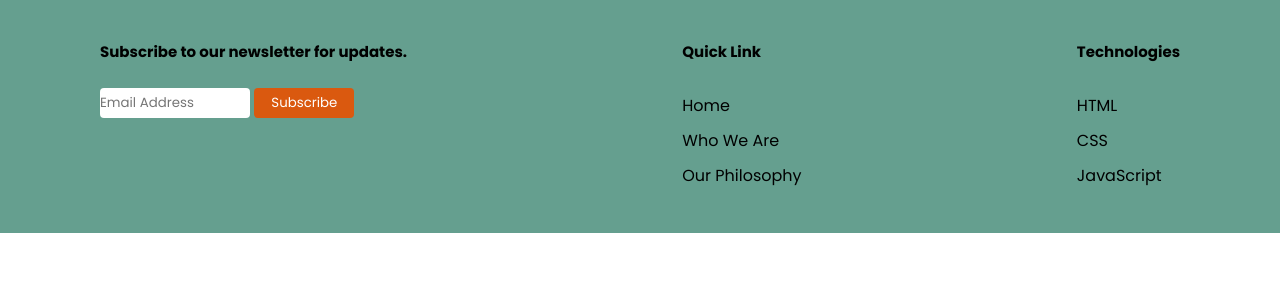
Repository: andajonas/Module_08_ANDJON25111_fto2502_A2_Anda-Jonas_SDF04
Page: index.html
The author's editor kept a copy of each file at every save. The page is drawn from the files as they stood at one save, then again after a run of saves.
The browser window is 1280 px wide. The pictures show the whole page.

Above is the page before, as saved 2025-03-20 18:57:24.

### index.html
<!DOCTYPE html>
<html lang="en">
<head>
    <meta charset="UTF-8">
    <meta name="viewport" content="width=device-width, initial-scale=1.0">
    <title>Footer</title>
    <link rel="stylesheet" href="styles.css">
</head>
<body>
    <div class="container">
        <div class="row">
            <div class="footer-col">
                <h3>Subscribe to our newsletter for updates.</h3>
                <input type="email" placeholder="Email Address">
                <button type="Submit">Subscribe</button>
            </div>
            <!--Second Column-->
            <div class="footer-col">
                <h3>Quick Link</h3>
                <ul>
                    <li><a href="">Home</a></li>
                    <li><a href="">Who We Are</a></li>
                    <li><a href="">Our Philosophy</a></li>
                </ul>
            </div>
        <!--Third Column-->
        <div class="footer-col">
        <h3>Technologies</h3>
        <ul>
            <li><a href="">HTML</a></li>
            <li><a href="">CSS</a></li>
            <li><a href="">JavaScript</a></li>
        </ul>
    </div></div>
        <div class="container px-6 py-12 mx-auto">
            <div class="flex">
                <a href="#">
        </div>
        </div>
    </footer>
</body>
</html>

### styles.css
@import url('https://fonts.googleapis.com/css2?family=Poppins:ital,wght@0,100;0,200;0,300;0,400;0,500;0,600;0,700;0,800;0,900;1,100;1,200;1,300;1,400;1,500;1,600;1,700;1,800;1,900&display=swap');
*{
    padding: 0;
    margin: 0;
    box-sizing: border-box;
    font-family: "Poppins", sans-serif;
}
.container{
background: #659f8f
}

footer .container{
    background: #313131;
}
.row {
    display: flex;
    justify-content: space-between;
    padding: 40px 100px;
}
.footer-col ul {
    list-style: none;
}
.footer-col h3 {
    margin-bottom: 25px;
    font-size: 15px;
    position: relative;
}
.footer-col ul li{
    padding: 5px 0;
}
.footer-col ul li a {
    color: black;
    text-decoration: none;
    font-size: 16px;
}
.footer-col input{
   border: none;
   width: 150px;
   height: 30px;
   border-radius: 4px;

}
.footer-col button {
    background-color: #e35407ee;
    height: 30px;
    width: 100px;
    border: none;
    border-radius: 4px;
    color: white;


}

After the next 3 saves:
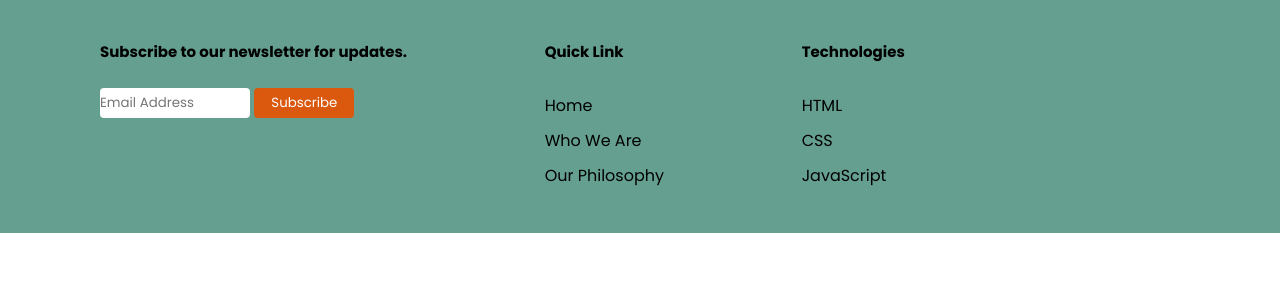
The 3 saves are shown as one change because they came seconds apart.
The last was saved 13 s later.
--- a/index.html
+++ b/index.html
@@ -31,7 +31,7 @@
             <li><a href="">CSS</a></li>
             <li><a href="">JavaScript</a></li>
         </ul>
-    </div></div>
+    </div>
         <div class="container px-6 py-12 mx-auto">
             <div class="flex">
                 <a href="#">
